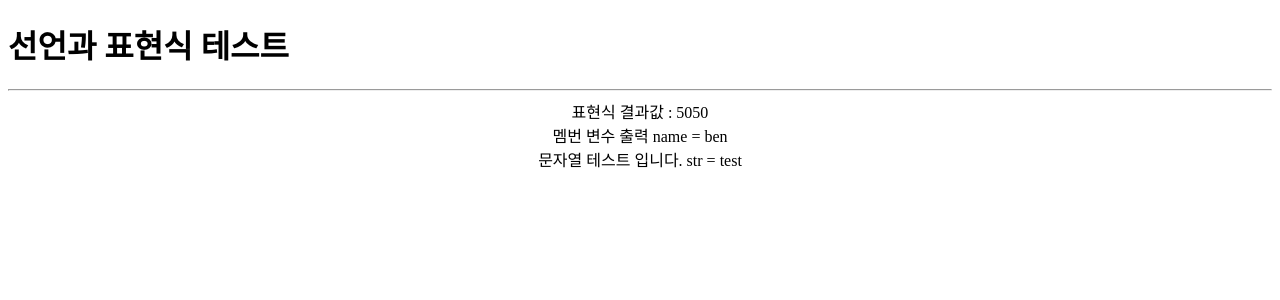
Repository: HyeonbinSa/JSPBook
Page: http://localhost/jspbook/ch05/scriptlet.jsp
These files come from the project's save history. The page is drawn as it stood at one moment and after the next save; the edit follows.
The browser window is 1280 px wide. The pictures show the whole page.
The page is served by Tomcat 9. Other server files are loaded and not shown.

Above is the page before, as saved 2020-01-02 08:35:32.

### jspbook/WebContent/ch05/scriptlet.jsp
<%@ page language="java" contentType="text/html; charset=UTF-8"
    pageEncoding="UTF-8"%>
<%!
	int sum = 0;
	String name = "ben";
	String str = "test";
	public int sum(){
		for(int i = 1; i<=100 ; i++){
			sum += i;
		}
		return sum;
	}
%>
<!DOCTYPE html>
<html>
<head>
<meta charset="UTF-8">
<title>선언과 표현식</title>
</head>
<body>
<h1>선언과 표현식 테스트</h1>
<hr>
<div align="center">
표현식 결과값 : <%= sum() %>
<br>
멤번 변수 출력 name = <%= name %>
<br><%= "문자열 테스트 입니다. str = " + str %>
</div>
</body>
</html>

After the next save:
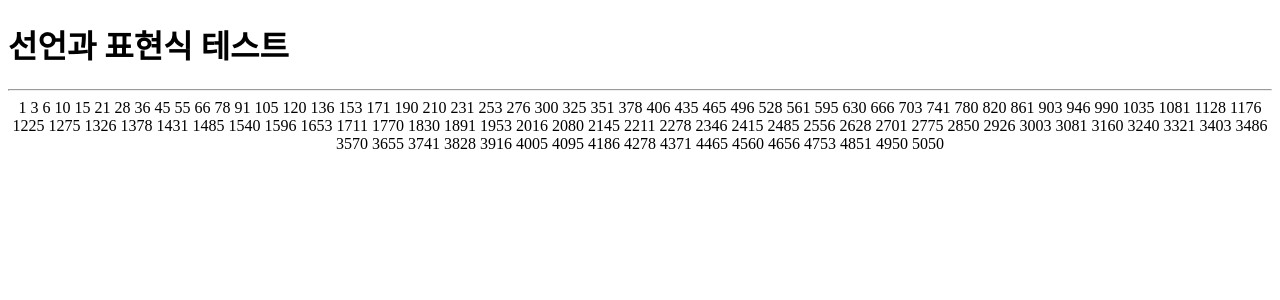
Saved 2 min 17 s later.
--- a/jspbook/WebContent/ch05/scriptlet.jsp
+++ b/jspbook/WebContent/ch05/scriptlet.jsp
@@ -21,10 +21,14 @@
 <h1>선언과 표현식 테스트</h1>
 <hr>
 <div align="center">
-표현식 결과값 : <%= sum() %>
-<br>
-멤번 변수 출력 name = <%= name %>
-<br><%= "문자열 테스트 입니다. str = " + str %>
+<%
+	for(int i = 1; i<=100 ; i++){
+		sum += i;
+%>
+<%= sum %>
+<%
+	}
+%>
 </div>
 </body>
 </html>
